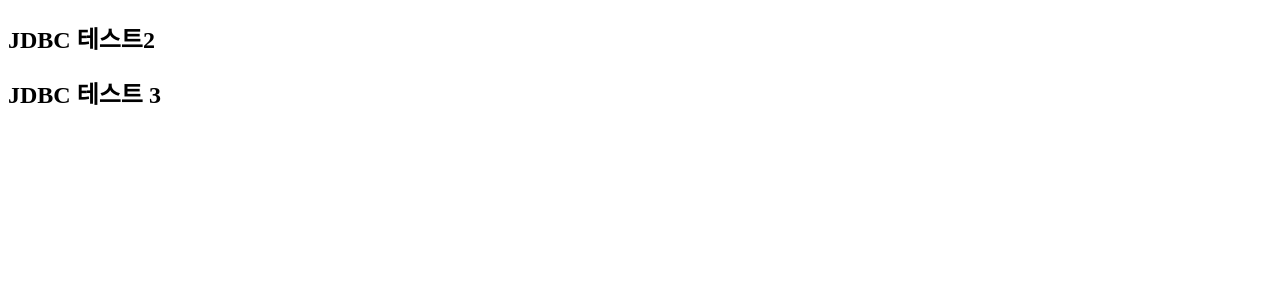
Repository: parkblacksheep/JSP-Servlet
Page: http://localhost/JDBCJSP/jdbc/JdbcConnect.jsp
These files come from the project's save history. The page is drawn as it stood at one moment and after the next save; the edit follows.
The browser window is 1280 px wide. The pictures show the whole page.
The page is served by Tomcat 10. Other server files are loaded and not shown.

Above is the page before, as saved 2024-07-24 03:27:49.

### JDBCJSP/src/main/webapp/jdbc/JdbcConnect.jsp
<%@page import="kr.co.kosta.jdbc.JDBCConnectTest"%>
<%@ page language="java" contentType="text/html; charset=UTF-8"
    pageEncoding="UTF-8"%>
<!DOCTYPE html>
<html>
	<head>
		<meta charset="UTF-8">
		<title>JDBC test1</title>
	</head>

	<body>
		<%
			JDBCConnectTest jdbc1 = new JDBCConnectTest();
			jdbc1.close();
		%>
		<h2>JDBC 테스트2</h2>
		<%
			String driver=application.getInitParameter("MySQLDriver");
		//-> getInitParameter에 들어가는 파라미터값은 web.xml에서 얻어오는 param-name값
			String url =application.getInitParameter("MySQLURL");
			String id= application.getInitParameter("MySQLId");
			String pwd=application.getInitParameter("MySQLPwd");

			JDBCConnectTest jdbc2 = new JDBCConnectTest(driver,url,id,pwd);
			jdbc2.close();
		%>
		<h2>JDBC 테스트 3</h2>
		<%
			JDBCConnectTest jdbc3 = new JDBCConnectTest(application);
			jdbc3.close();
		%>
	</body>
</html>

### JDBCJSP/src/main/java/kr/co/kosta/jdbc/JDBCConnectTest.java
package kr.co.kosta.jdbc;

import java.sql.Connection;
import java.sql.DriverManager;
import java.sql.PreparedStatement;
import java.sql.ResultSet;
import java.sql.SQLException;
import java.sql.Statement;

import jakarta.servlet.ServletContext;

public class JDBCConnectTest {
	public Connection con;
	public Statement stmt;
	public PreparedStatement pstmt;
	public ResultSet rs;

	//기본 생성자
	public JDBCConnectTest() {
		try {
			// Driver Load
			Class.forName("com.mysql.cj.jdbc.Driver");

				//DB 연결
				String url ="jdbc:mysql://localhost:3306/teampro";
				String id ="kosta";
				String pwd ="pass123#";

			con =DriverManager.getConnection(url, id, pwd);

			System.out.println("DB 연결 성공(기본 생성자");

		} catch (ClassNotFoundException | SQLException e) {
			e.printStackTrace();
		}
	}
//	생성자 오버로딩
	public JDBCConnectTest(String driver, String url, String id, String pwd) {

			//드라이버 로드
			try {
				//DB 연결
				Class.forName("com.mysql.cj.jdbc.Driver");
				con =DriverManager.getConnection(url,id,pwd);

				System.out.println("DB 연결 성공(생성자 오버로딩1)");
			} catch (ClassNotFoundException | SQLException e) {
				e.printStackTrace();
			}
	}
	public JDBCConnectTest(ServletContext application) {

		//드라이버 로드
		try {
			//DB 연결
			Class.forName("com.mysql.cj.jdbc.Driver");

			String driver=application.getInitParameter("MySQLDriver");
			String url =application.getInitParameter("MySQLURL");
			String id= application.getInitParameter("MySQLId");
			String pwd=application.getInitParameter("MySQLPwd");


			System.out.println("DB 연결 성공(생성자 오버로딩2)");
		} catch (ClassNotFoundException e) {
			e.printStackTrace();
		}
}
//	연결 헤제 및 자원 반납
	public void close() {
		if(con != null)
			try {
				con.close();
				System.out.println("JDBC 자원 해제");

			} catch (SQLException e) {
				e.printStackTrace();
			}
	}
}

After the next save:
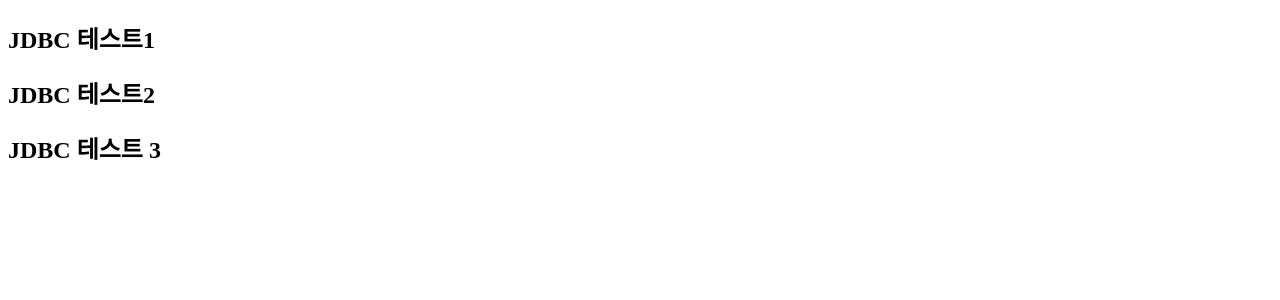
Saved 35 s later.
--- a/JDBCJSP/src/main/webapp/jdbc/JdbcConnect.jsp
+++ b/JDBCJSP/src/main/webapp/jdbc/JdbcConnect.jsp
@@ -5,10 +5,11 @@
 <html>
 	<head>
 		<meta charset="UTF-8">
-		<title>JDBC test1</title>
+		<title>JDBC test</title>
 	</head>
 
 	<body>
+		<h2>JDBC 테스트1</h2>
 		<%
 			JDBCConnectTest jdbc1 = new JDBCConnectTest();
 			jdbc1.close();
